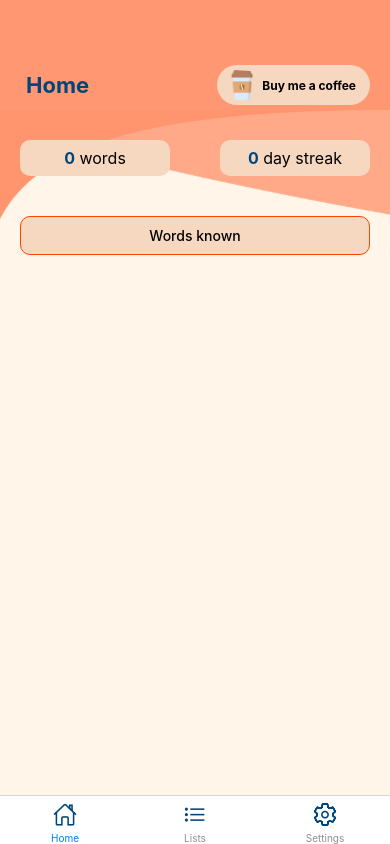
Repository: David-Waite/SpellingApp
Screen: /
An editor plug-in stored every save of this project. The screen is shown before and after the next save, followed by the edit.
The app was drawn by React Native's web renderer in a window 390 px wide. The project was rebuilt for these pictures with package versions that can differ from the ones it lists, and the page was loaded fresh each time. Also part of the build but not shown: screens/Settings.js, screens/SpellWord.js, screens/WordsLearnt.js, screens/WordListOverview.js, screens/WordLists.js, screens/Donate.js.

Above is the screen before, as saved 2023-06-22 22:30:00.

### App.js
import { NavigationContainer } from "@react-navigation/native";
import { StatusBar } from "expo-status-bar";
import { StyleSheet } from "react-native";
import { Ionicons } from "@expo/vector-icons";

import Home from "./screens/Home";
import Settings from "./screens/Settings";
import SpellWord from "./screens/SpellWord";
import WordsLearnt from "./screens/WordsLearnt";
import WordListOverview from "./screens/WordListOverview";
import WordLists from "./screens/WordLists";
import Donate from "./screens/Donate";

import { createStackNavigator } from "@react-navigation/stack";
import { createBottomTabNavigator } from "@react-navigation/bottom-tabs";
import { GlobalStyles } from "./constants/styles";

import CoffeeBtn from "./components/ui/CoffeeBtn";

const BottomTabs = createBottomTabNavigator();
const Stack = createStackNavigator();

function BottomTabsScreens() {
  return (
    <BottomTabs.Navigator>
      <BottomTabs.Screen
        name="Home"
        component={Home}
        headerShadowVisible={false}
        options={({ navigation }) => ({
          headerRight: () => (
            <CoffeeBtn
              onPress={() => {
                navigation.navigate("Donate");
              }}
            />
          ),
          title: "Home",
          tabBarLabel: "Home",
          headerTitleAlign: "left",
          headerShadowVisible: false,
          headerTitleStyle: {
            color: GlobalStyles.colors.accent500,
            fontSize: 22,
            marginLeft: 10,
            fontWeight: 700,
            marginBottom: -60,
          },
          headerStyle: {
            backgroundColor: GlobalStyles.colors.primary400,
            height: 110,
          },

          tabBarIcon: ({ color, size }) => (
            <Ionicons
              name="home-outline"
              size={size}
              color={GlobalStyles.colors.accent500}
            />
          ),
        })}
      />
      <BottomTabs.Screen
        name="WordLists"
        component={WordLists}
        options={{
          title: "Word Lists",
          tabBarLabel: "Lists",
          tabBarIcon: ({ color, size }) => (
            <Ionicons
              name="list-outline"
              size={size}
              color={GlobalStyles.colors.accent500}
            />
          ),
        }}
      />
      <BottomTabs.Screen
        name="Settings"
        component={Settings}
        options={{
          title: "Settings",
          tabBarLabel: "Settings",
          tabBarIcon: ({ color, size }) => (
            <Ionicons
              name="settings-outline"
              size={size}
              color={GlobalStyles.colors.accent500}
            />
          ),
        }}
      />
    </BottomTabs.Navigator>
  );
}
export default function App() {
  return (
    <>
      <StatusBar style="light" />
      <NavigationContainer>
        <Stack.Navigator>
          <Stack.Screen
            name="BottomTabsScreen"
            component={BottomTabsScreens}
            options={{ headerShown: false }}
          />
          <Stack.Screen
            name="WordsLearnt"
            component={WordsLearnt}
            options={{ presentation: "modal" }}
          />
          <Stack.Screen name="WordListOverview" component={WordListOverview} />
          <Stack.Screen
            name="SpellWord"
            component={SpellWord}
            options={{ presentation: "modal" }}
          />
          <Stack.Screen
            name="Donate"
            component={Donate}
            options={{ presentation: "modal" }}
          />
        </Stack.Navigator>
      </NavigationContainer>
    </>
  );
}

const styles = StyleSheet.create({
  container: {
    flex: 1,
    backgroundColor: "#fff",
    alignItems: "center",
    justifyContent: "center",
  },
});

### screens/Home.js
import { ImageBackground, Text, View } from "react-native";
import { Dimensions } from "react-native";

import { StyleSheet } from "react-native";
import { GlobalStyles } from "../constants/styles";

import WordsLearntCard from "../components/ui/WordsLearntCard";
import StatBtn from "../components/ui/Home/StatBtn";

const windowWidth = Dimensions.get("window").width;
const windowHeight = Dimensions.get("window").height;
const imageHeight = windowWidth / 3.5;

function Home({ navigation }) {
  return (
    <View style={styles.imageContainer}>
      <ImageBackground
        style={styles.ImageBackground}
        source={require("../images/SpellingAppHeaderBackground.png")}
      >
        <View style={styles.container}>
          <View style={styles.statContainer}>
            <StatBtn stat={0} text="words" />
            <StatBtn stat={0} text="day streak" />
          </View>
          <WordsLearntCard navigation={navigation} />
        </View>
      </ImageBackground>
    </View>
  );
}

export default Home;

const styles = StyleSheet.create({
  imageContainer: {
    flex: 1,
    backgroundColor: GlobalStyles.colors.background,
  },
  statContainer: {
    flexDirection: "row",
    justifyContent: "space-between",

    marginBottom: 40,
  },
  container: {
    padding: 20,
    paddingTop: 30,
  },
  ImageBackground: {
    resizeMode: "contain",
    width: windowWidth,
    height: imageHeight,
  },
});

### constants/styles.js
export const GlobalStyles = {
  colors: {
    background: "#FFF6E9",
    primary50: "#FFF0E5",
    primary100: "#F6D7BF",
    primary100Dark: "#c7ad99",
    primary300: "#FFA989",
    primary400: "#FF9872",
    primary500: "#FF946E",
    primary800: "#FF4400",
    accent500: "#00467B",
    success500: "#0A8900",
    error500: "#FF0000",
  },
};

### components/ui/CoffeeBtn.js
import { Image } from "react-native";
import { StyleSheet } from "react-native";
import { Pressable } from "react-native";
import { View, Text } from "react-native";
import { GlobalStyles } from "../../constants/styles";

function CoffeeBtn({ onPress }) {
  return (
    <Pressable
      onPress={onPress}
      style={({ pressed }) => [styles.conatiner, pressed && styles.pressed]}
    >
      <View style={styles.layoutConatiner}>
        <Image
          style={styles.coffee}
          source={require("../../images/coffee-cup.png")}
        />
        <Text style={styles.text}>Buy me a coffee</Text>
      </View>
    </Pressable>
  );
}

export default CoffeeBtn;

const styles = StyleSheet.create({
  conatiner: {
    backgroundColor: GlobalStyles.colors.primary100,
    borderRadius: 20,
    paddingLeft: 10,
    paddingRight: 14,
    paddingVertical: 5,
    marginRight: 20,
    marginBottom: -60,
  },
  layoutConatiner: {
    flexDirection: "row",
    alignItems: "center",
    gap: 5,
  },
  text: {
    fontSize: 12,
    fontWeight: 700,
  },
  coffee: {
    width: 30,
    height: 30,
  },
  pressed: {
    backgroundColor: GlobalStyles.colors.primary100Dark,
    borderRadius: 20,
  },
});

### components/ui/WordsLearntCard.js
import { Text, StyleSheet } from "react-native";

import { GlobalStyles } from "../../constants/styles";
import { Pressable } from "react-native";
import { View } from "react-native";

function WordsLearntCard({ navigation }) {
  return (
    <Pressable onPress={() => navigation.navigate("WordsLearnt")}>
      <View style={styles.container}>
        <Text style={styles.WordsKnownText}>Words known</Text>
      </View>
    </Pressable>
  );
}

export default WordsLearntCard;

const styles = StyleSheet.create({
  container: {
    backgroundColor: GlobalStyles.colors.primary100,
    paddingHorizontal: 10,
    paddingVertical: 10,
    borderRadius: 10,
    borderColor: GlobalStyles.colors.primary800,
    borderWidth: 1,
  },
  WordsKnownText: {
    textAlign: "center",
    fontWeight: "500",
  },
  pressed: {
    opacity: 0.75,
  },
});

### components/ui/Home/StatBtn.js
import { StyleSheet } from "react-native";
import { Text, View } from "react-native";
import { GlobalStyles } from "../../../constants/styles";

function StatBtn({ stat, text }) {
  return (
    <View style={styles.container}>
      <Text style={styles.stat}>
        {stat}
        <Text style={styles.text}> {text}</Text>
      </Text>
    </View>
  );
}

export default StatBtn;

const styles = StyleSheet.create({
  container: {
    flexDirection: "row",
    gap: 10,
    backgroundColor: GlobalStyles.colors.primary100,
    borderRadius: 10,
    paddingHorizontal: 10,
    paddingVertical: 8,
    minWidth: 150,
    justifyContent: "center",
  },
  stat: {
    fontSize: 16,
    color: GlobalStyles.colors.accent500,
    fontWeight: "bold",
  },
  text: {
    color: "black",
    fontWeight: 400,
  },
});

After the next save:
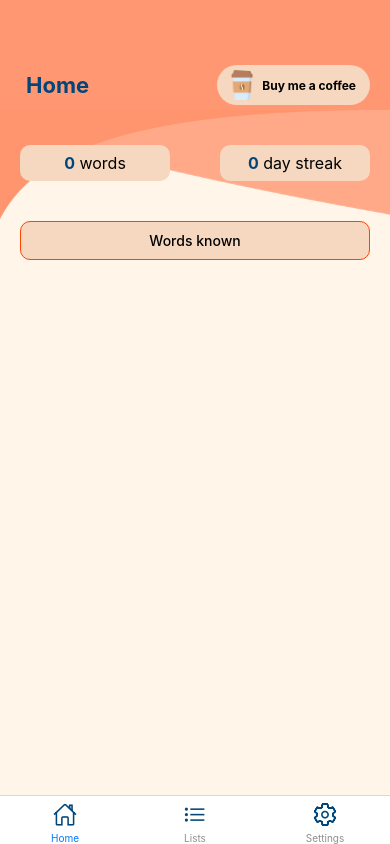
Saved 10 s later.
--- a/screens/Home.js
+++ b/screens/Home.js
@@ -45,7 +45,7 @@ const styles = StyleSheet.create({
   },
   container: {
     padding: 20,
-    paddingTop: 30,
+    paddingTop: 35,
   },
   ImageBackground: {
     resizeMode: "contain",
